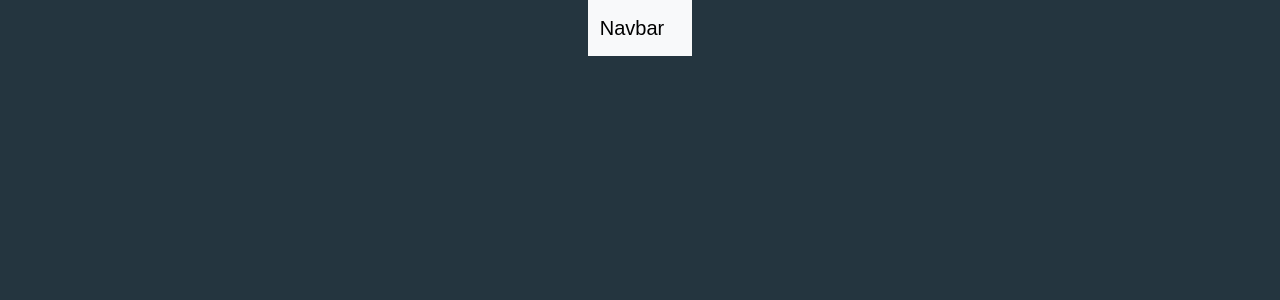
Repository: bodajava/TASK-4
Page: theerdIndex.html
The author's editor kept a copy of each file at every save. The page is drawn from the files as they stood at one save, then again after the next save.
The browser window is 1280 px wide. The pictures show the whole page.

Above is the page before, as saved 2025-06-18 05:25:33.

After the next save:
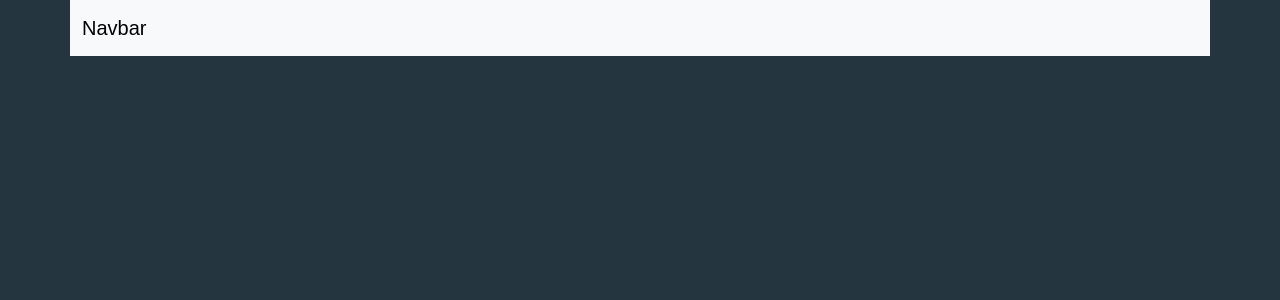
Saved 48 s later.
--- a/theerdIndex.html
+++ b/theerdIndex.html
@@ -9,25 +9,27 @@
     <title>Document</title>
   </head>
   <body>
-    <nav class="navbar navbar-expand-lg bg-body-tertiary">
-      <div class="container-fluid">
-        <a class="navbar-brand" href="#">Navbar</a>
-        <button
-          class="navbar-toggler"
-          type="button"
-          data-bs-toggle="collapse"
-          data-bs-target="#navbarSupportedContent"
-          aria-controls="navbarSupportedContent"
-          aria-expanded="false"
-          aria-label="Toggle navigation"
-        >
-          <span class="navbar-toggler-icon"></span>
-        </button>
-        <div class="collapse navbar-collapse" id="navbarSupportedContent">
-          <ul class="navbar-nav me-auto mb-2 mb-lg-0"></ul>
+    <div class="container-fluid">
+      <nav class="container navbar navbar-expand-lg bg-body-tertiary">
+        <div class="container-fluid">
+          <a class="navbar-brand" href="#">Navbar</a>
+          <button
+            class="navbar-toggler"
+            type="button"
+            data-bs-toggle="collapse"
+            data-bs-target="#navbarSupportedContent"
+            aria-controls="navbarSupportedContent"
+            aria-expanded="false"
+            aria-label="Toggle navigation"
+          >
+            <span class="navbar-toggler-icon"></span>
+          </button>
+          <div class="collapse navbar-collapse" id="navbarSupportedContent">
+            <ul class="navbar-nav me-auto mb-2 mb-lg-0"></ul>
+          </div>
         </div>
-      </div>
-    </nav>
+      </nav>
+    </div>
     <script src="js/bootstrap.bundle.min.js"></script>
     <script src="js/index.js"></script>
   </body>
